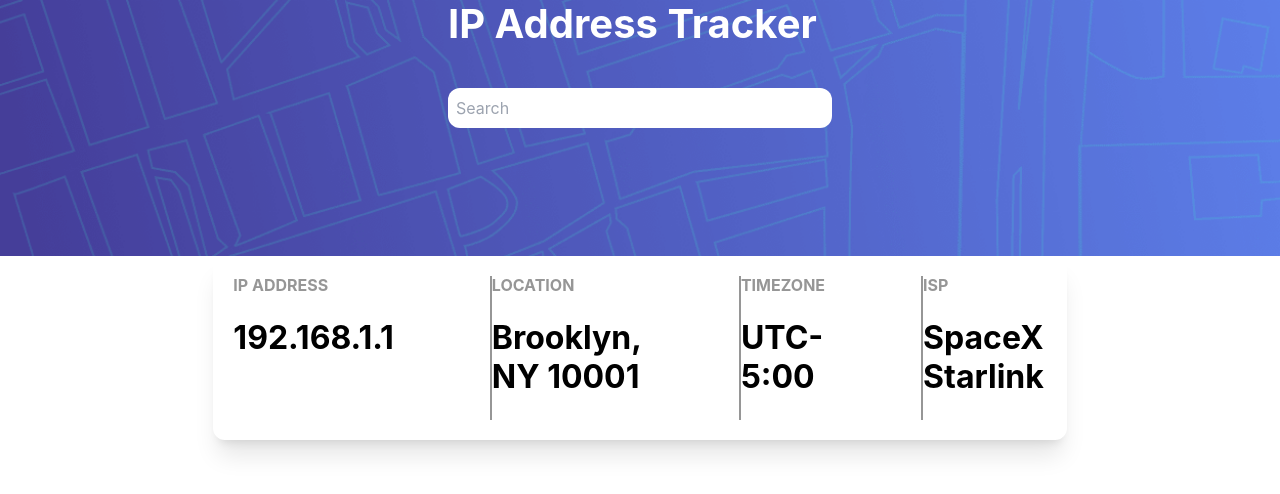
Repository: Dealsy/IP-Tracker
Page: /
These files come from the project's save history. The page is drawn as it stood at one moment and after the next save; the edit follows.
The browser window is 1280 px wide. The pictures show the whole page.
The project was rebuilt for these pictures with package versions that can differ from the ones it lists, and the page was loaded fresh each time. The framework's server and built-in components were replaced by stand-ins that run in the browser. Also part of the build but not shown: next.config.js.

Above is the page before, as saved 2022-04-21 22:00:54.

### pages/index.js
import Head from "next/head";

export default function Home() {
  return (
    <div>
      <Head>
        <title>Create Next App</title>
        <meta name="description" content="Generated by create next app" />
        <link rel="icon" href="/favicon.ico" />
      </Head>

      <main>
        <div className="bg-Backdrop h-64 bg-no-repeat	 bg-cover">
          <h1 className="text-white w-96 m-auto ">IP Address Tracker</h1>
          <div className="w-96 m-auto">
            <input
              className="p-2 w-96 mt-10 rounded-xl"
              type="search"
              placeholder="Search"
            />
          </div>
        </div>

        <div className="flex flex-row justify-evenly border-0 shadow-xl w-4/6 m-auto rounded-xl p-5">
          <div className=" border-r-2 border-Gray pr-24">
            <h3>IP ADDRESS</h3>
            <h2> 192.168.1.1 </h2>
          </div>
          <div className=" border-r-2 border-Gray pr-24">
            <h3> LOCATION </h3>
            <h2> Brooklyn, NY 10001 </h2>
          </div>
          <div className=" border-r-2 border-Gray pr-24">
            <h3>TIMEZONE</h3>
            <h2> UTC-5:00 </h2>
          </div>
          <div>
            <h3>ISP</h3>
            <h2>SpaceX Starlink</h2>
          </div>
        </div>
      </main>

      <footer></footer>
    </div>
  );
}

### styles/globals.css
@tailwind base;
@tailwind components;
@tailwind utilities;


h1 {
  font-size: 2.5rem;
  font-weight: 700;
  line-height: 1.2;
  margin-bottom: 1.5rem;
}

h2 {
  font-size: 2rem;
  font-weight: 700;
  line-height: 1.2;
  margin-bottom: 1.5rem;
}

h3 {
  font-size: 1rem;
  font-weight: 700;
  line-height: 1.2;
  margin-bottom: 1.5rem;
  color: #969696;
}


html,
body {
  padding: 0;
  margin: 0;
  font-family: -apple-system, BlinkMacSystemFont, Segoe UI, Roboto, Oxygen,
    Ubuntu, Cantarell, Fira Sans, Droid Sans, Helvetica Neue, sans-serif;
}

a {
  color: inherit;
  text-decoration: none;
}

* {
  box-sizing: border-box;
}

### tailwind.config.js
module.exports = {
  content: [
    "./pages/**/*.{js,ts,jsx,tsx}",
    "./components/**/*.{js,ts,jsx,tsx}",
  ],
  theme: {
    extend: {
      colors: {
        "Dark-Gray": "#2b2b2b",
        Gray: "#969696",
      },
      backgroundImage: {
        Backdrop: "url('../images/pattern-bg.png')",
      },
    },
  },
  plugins: [],
};

Loaded but not shown: pages/_app.js (common file)

After the next save:
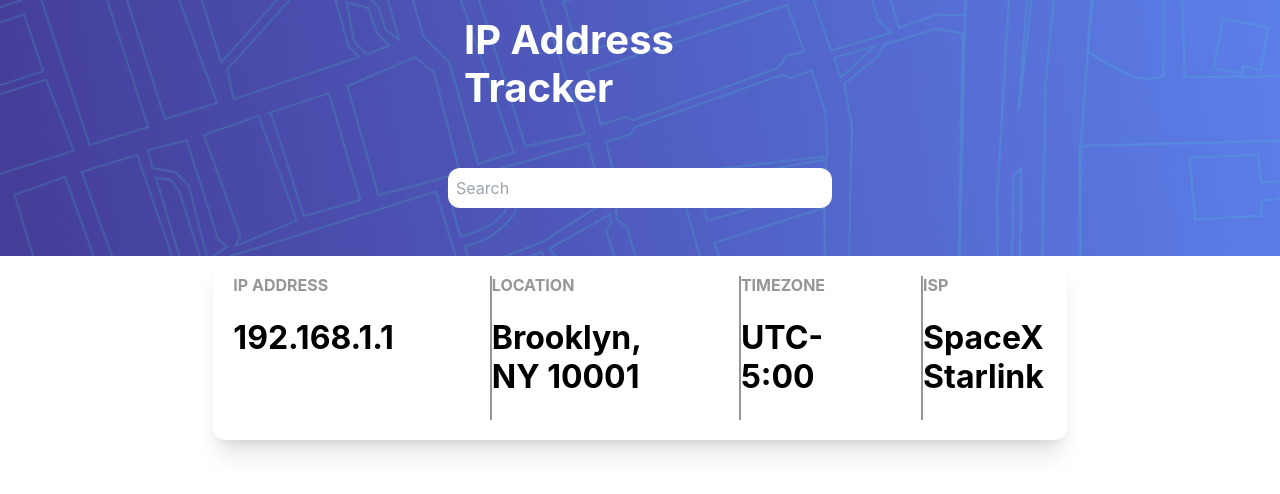
Saved 52 s later.
--- a/pages/index.js
+++ b/pages/index.js
@@ -11,7 +11,7 @@ export default function Home() {
 
       <main>
         <div className="bg-Backdrop h-64 bg-no-repeat	 bg-cover">
-          <h1 className="text-white w-96 m-auto ">IP Address Tracker</h1>
+          <h1 className="text-white w-96 m-auto p-4">IP Address Tracker</h1>
           <div className="w-96 m-auto">
             <input
               className="p-2 w-96 mt-10 rounded-xl"
